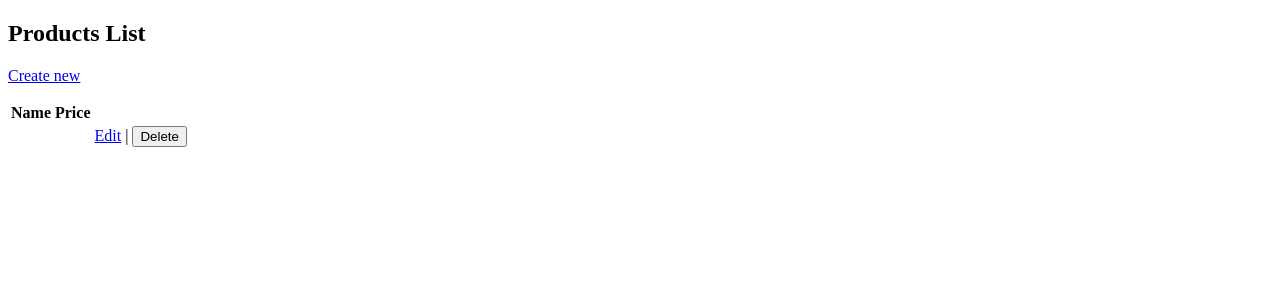
Repository: demadima/Web-appJava
Page: http://localhost/simpleweb/
The author's editor kept a copy of each file at every save. The page is drawn from the files as they stood at one save, then again after the next save.
The browser window is 1280 px wide. The pictures show the whole page.
The page is served by Tomcat 9. Queries for data that is not in the repository find no rows.

Above is the page before, as saved 2019-12-19 08:05:20.

After the next save:
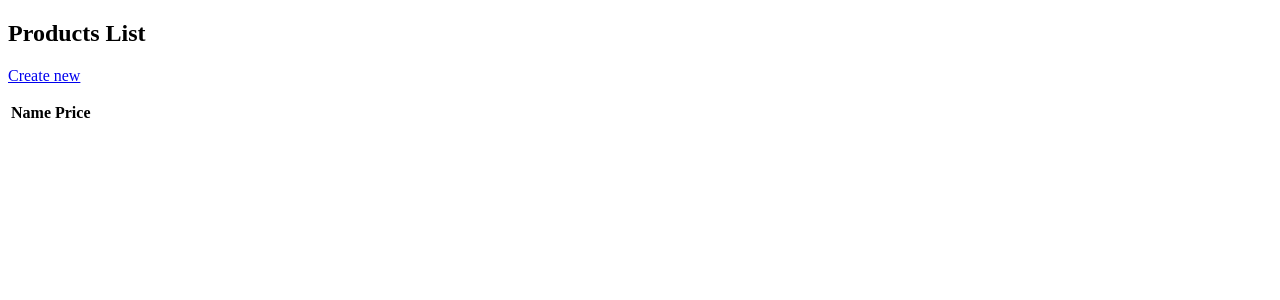
Saved 24 min 29 s later.
--- a/simpleweb/simpleweb/src/main/webapp/WEB-INF/view/index.jsp
+++ b/simpleweb/simpleweb/src/main/webapp/WEB-INF/view/index.jsp
@@ -1,4 +1,4 @@
-
+<%@ taglib uri="http://java.sun.com/jsp/jstl/core" prefix="c" %><%@ taglib uri="http://java.sun.com/jsp/jstl/core" prefix="c" %>
 <!DOCTYPE html>
 <html>
 <head>
